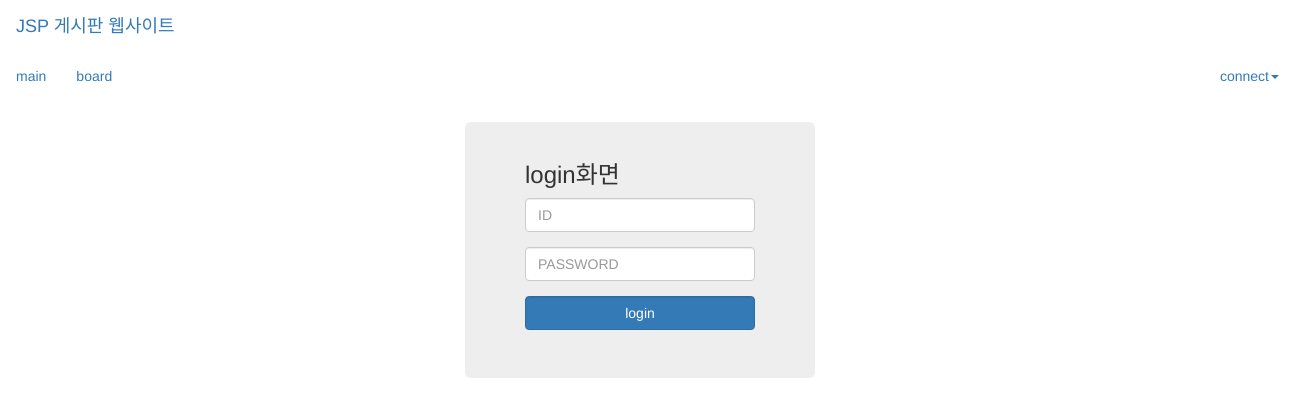
Repository: hotei09/WordofMouth
Page: http://localhost/BBS/join.jsp
An editor plug-in stored every save of this project. The page is shown before and after the next save, followed by the edit.
The browser window is 1280 px wide. The page is 1294 px wide, then 1280 px, so the pictures cover 1294 px, including what lies to the right of the window. The pictures show the whole page.
The page is served by Tomcat 9. Other server files are loaded and not shown.

Above is the page before, as saved 2018-08-01 00:20:59.

### BBS/WebContent/join.jsp
<%@ page language="java" contentType="text/html; charset=UTF-8"
    pageEncoding="UTF-8"%>
<!DOCTYPE html>
<html>
<head>
<meta http-equiv="content-Type" content="text/html; charset=UTF-8">
<meta name = "viewport" content = "width=device-width,initial-scale=1">
<link rel="stylesheet" href="https://maxcdn.bootstrapcdn.com/bootstrap/3.3.7/css/bootstrap.min.css">
<title>JSP 게시판 웹사이트</title>
</head>
<body>
<nav class="navbar navbar-defualt">
	<div class="navbar-header">
		<button type="button" class="navbar-toggle collapsed" data-toggle="collapse"
		data-target="#bs-example-navbar-collapse-1" aria-expanded="false" >
		<span class"sr-only">Toggle navigation</span>
		<span class="icon-bar"></span>
		<span class="icon-bar"></span>
		<span class="icon-bar"></span>
		</button>
		<a class="navbar-brand" href="main.jsp"> JSP 게시판 웹사이트 </a>
	</div>
	<div class="collapse navbar-collapse" id="bs-example-navbar-collapse-1"></div>
	<ul class="nav navbar-nav">
	<li><a href="main.jsp">main</a></li>
	<li><a href="bbs.jsp">board</a></li>
	</ul>
	<ul class="nav navbar-nav navbar-right">
	<li class="dropdown">
		<a href="#" class="dropdown-toggle" data-toggle="dropdown" role="button"
		aria-haspopup="true" aria-expended="false">connect<span class="caret"></span></a>
		<ul class="dropdown-menu">
		<li class="active"><a href="login.jsp">login</a></li>
		<li ><a href="join.jsp">join</a></li>
		</ul>
	</ul>
</nav>
<div class="container">
<div class="col-lg-4"></div>
<div class="col-lg-4">
	<div class="jumbotron" style="padding-top: 20px;">
		<form method="post" action="loginaction.jsp">
			<h3 style="text.align: center;">login화면</h3>
			<div class ="form-group">
				<input type="text" class="form-control" placeholder="ID" name="userID" maxlength="20">
			</div>
			<div class ="form-group">
				<input type="password" class="form-control" placeholder="PASSWORD" name="userPassword" maxlength="20">
			</div>
			<input type="submit" class="btn btn-primary form-control" value="login">
		</form>
	</div>
</div>
<div class="col-lg-4"></div>
</div>
<script src="https://code.jquery.com/jquery-2.2.4.min.js"></script>﻿
<script src="https://maxcdn.bootstrapcdn.com/bootstrap/3.3.7/js/bootstrap.min.js"></script>
</body>
</html>

After the next save:
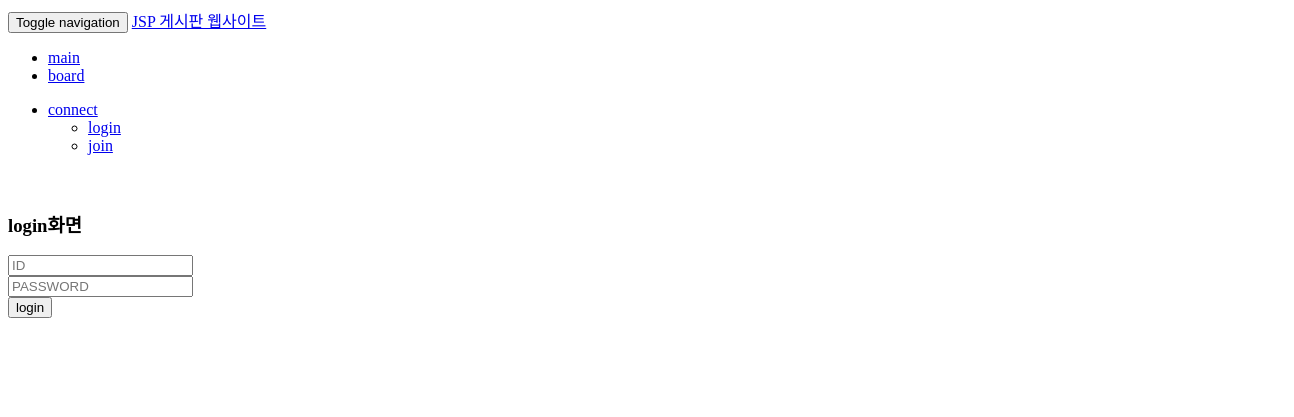
Saved 2 min 9 s later.
--- a/BBS/WebContent/join.jsp
+++ b/BBS/WebContent/join.jsp
@@ -5,7 +5,7 @@
 <head>
 <meta http-equiv="content-Type" content="text/html; charset=UTF-8">
 <meta name = "viewport" content = "width=device-width,initial-scale=1">
-<link rel="stylesheet" href="https://maxcdn.bootstrapcdn.com/bootstrap/3.3.7/css/bootstrap.min.css">
+<link rel="stylesheet" href="https://ajax.googleapis.com/ajax/libs/jquery/1.12.4/jquery.min.js">
 <title>JSP 게시판 웹사이트</title>
 </head>
 <body>
@@ -53,7 +53,7 @@
 </div>
 <div class="col-lg-4"></div>
 </div>
-<script src="https://code.jquery.com/jquery-2.2.4.min.js"></script>﻿
-<script src="https://maxcdn.bootstrapcdn.com/bootstrap/3.3.7/js/bootstrap.min.js"></script>
+<script src="https://ajax.googleapis.com/ajax/libs/jquery/1.12.4/jquery.min.js"></script>﻿
+<script src="https://ajax.googleapis.com/ajax/libs/jquery/1.12.4/jquery.min.js"></script>
 </body>
 </html>
